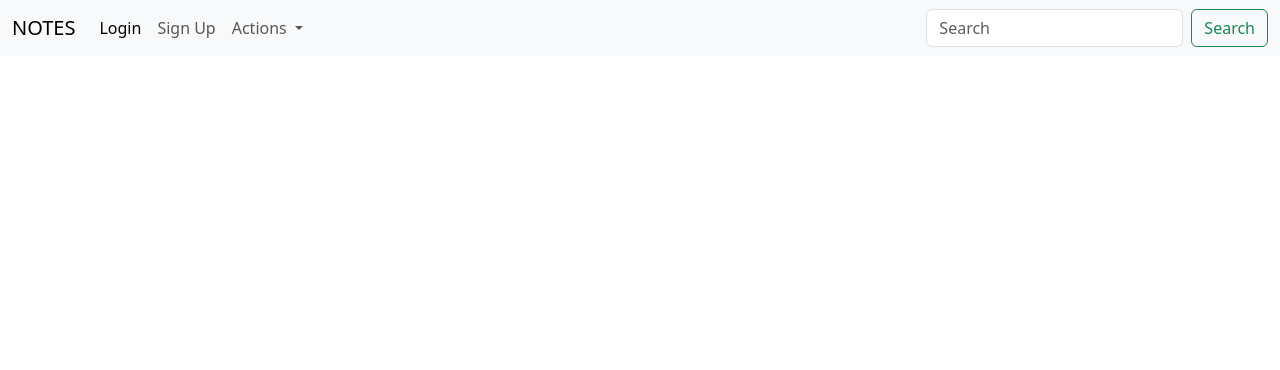
Repository: Qu4ntumGuy/flask-notes
Page: http://localhost/signup
The author's editor kept a copy of each file at every save. The page is drawn from the files as they stood at one save, then again after the next save.
The browser window is 1280 px wide. The pictures show the whole page.
The page is served by the project's application, run on Flask 3 (website/__init__.py). Other server files are loaded and not shown.

Above is the page before, as saved 2024-05-30 19:13:28.

### website/templates/signup.html
{%extends "index.html" %} {% block title %} Sign Up {% endblock %}

{% block content %}
<form method="post">

</form>
{% endblock %}

### website/templates/index.html
<!DOCTYPE html>
<html lang="en">
<head>
    <meta charset="UTF-8">
    <meta name="viewport" content="width=device-width, initial-scale=1.0">
    <link rel="stylesheet" href="https://cdn.jsdelivr.net/npm/bootstrap@5.3.3/dist/css/bootstrap.min.css">
    <title>{% block title %} Home {%endblock %} </title>
</head>
<body>
    <nav class="navbar navbar-expand-lg bg-body-tertiary">
        <div class="container-fluid">
          <a class="navbar-brand" href="/">NOTES</a>
          <button class="navbar-toggler" type="button" data-bs-toggle="collapse" data-bs-target="#navbarSupportedContent" aria-controls="navbarSupportedContent" aria-expanded="false" aria-label="Toggle navigation">
            <span class="navbar-toggler-icon"></span>
          </button>
          <div class="collapse navbar-collapse" id="navbarSupportedContent">
            <ul class="navbar-nav me-auto mb-2 mb-lg-0">
              <li class="nav-item">
                <a class="nav-link active" aria-current="page" href="/login">Login</a>
              </li>
              <li class="nav-item">
                <a class="nav-link" href="/signup">Sign Up</a>
              </li>
              <li class="nav-item dropdown">
                <a class="nav-link dropdown-toggle" href="#" role="button" data-bs-toggle="dropdown" aria-expanded="false">
                  Actions
                </a>
                <ul class="dropdown-menu">
                  <li><a class="dropdown-item" href="#">About us</a></li>
                  <li><a class="dropdown-item" href="#">User panel</a></li>
                  <li><hr class="dropdown-divider"></li>
                  <li><a class="dropdown-item" href="/logout">Logout</a></li>
                </ul>
              </li>
              <!-- <li class="nav-item">
                <a class="nav-link disabled" aria-disabled="true">Disabled</a>
              </li> -->
            </ul>
            <form class="d-flex" role="search">
              <input class="form-control me-2" type="search" placeholder="Search" aria-label="Search">
              <button class="btn btn-outline-success" type="submit">Search</button>
            </form>
          </div>
        </div>
      </nav>
      <div class="container">
        {% block content %}
        {% endblock %}
      </div>
    <script src="https://cdn.jsdelivr.net/npm/@popperjs/core@2.11.8/dist/umd/popper.min.js" integrity="sha384-I7E8VVD/ismYTF4hNIPjVp/Zjvgyol6VFvRkX/vR+Vc4jQkC+hVqc2pM8ODewa9r" crossorigin="anonymous"></script>
<script src="https://cdn.jsdelivr.net/npm/bootstrap@5.3.3/dist/js/bootstrap.min.js" integrity="sha384-0pUGZvbkm6XF6gxjEnlmuGrJXVbNuzT9qBBavbLwCsOGabYfZo0T0to5eqruptLy" crossorigin="anonymous"></script>
</body>
</html>

### website/auth.py
from flask import Blueprint, render_template

auth = Blueprint('auth', __name__)


@auth.route('/login')
def login():
    return render_template("login.html")


@auth.route('/signup')
def sign_up():
    return render_template("signup.html")


@auth.route('/logout')
def logout():
    return "<h1>Logout</h1>"

### website/__init__.py
from flask import Flask


def create_app():
    app = Flask(__name__)
    app.config['SECRET_KEY'] = 'randomstring'

    from .view import views
    from .auth import auth

    app.register_blueprint(views, url_prefix='/')
    app.register_blueprint(auth, url_prefix='/')

    return app

After the next save:
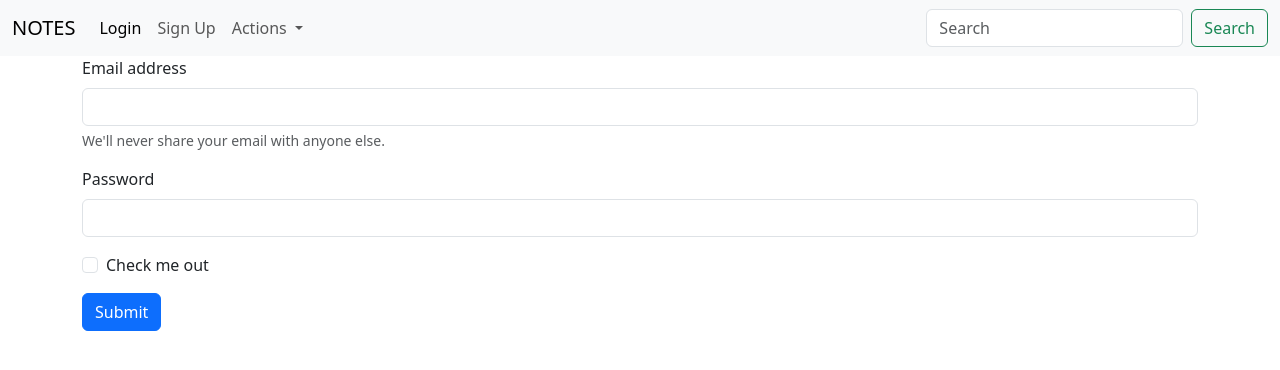
Saved 56 s later.
--- a/website/templates/signup.html
+++ b/website/templates/signup.html
@@ -2,6 +2,19 @@
 
 {% block content %}
 <form method="post">
-
-</form>
+    <div class="mb-3">
+      <label for="exampleInputEmail1" class="form-label">Email address</label>
+      <input type="email" class="form-control" id="exampleInputEmail1" aria-describedby="emailHelp">
+      <div id="emailHelp" class="form-text">We'll never share your email with anyone else.</div>
+    </div>
+    <div class="mb-3">
+      <label for="exampleInputPassword1" class="form-label">Password</label>
+      <input type="password" class="form-control" id="exampleInputPassword1">
+    </div>
+    <div class="mb-3 form-check">
+      <input type="checkbox" class="form-check-input" id="exampleCheck1">
+      <label class="form-check-label" for="exampleCheck1">Check me out</label>
+    </div>
+    <button type="submit" class="btn btn-primary">Submit</button>
+  </form>
 {% endblock %}
